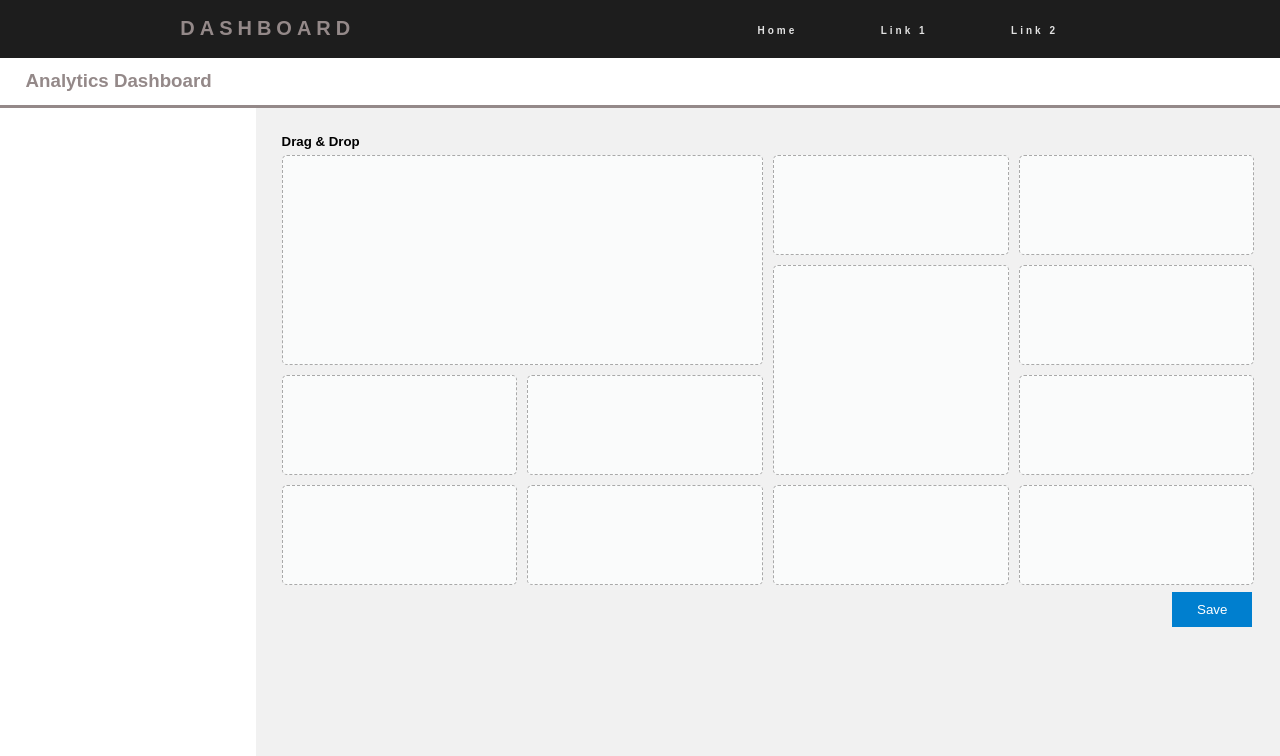
Repository: nourabdelhakam/drag-drop
Page: index.html
These files come from the project's save history. The page is drawn as it stood at one moment and after the next save; the edit follows.
The browser window is 1280 px wide. The pictures show the whole page.
Some web libraries are served in a nearby version.

Above is the page before, as saved 2020-07-05 17:41:06.
Console error: SyntaxError: Unexpected token '}'

### index.html
<!DOCTYPE html>
<html lang="en">
<head>
    <meta charset="UTF-8">
    <meta name="viewport" content="width=device-width, initial-scale=1.0">
    <meta http-equiv="X-UA-Compatible" content="ie=edge">
    <title>Drag & Drop</title>

    <script src="https://cdn.jsdelivr.net/npm/chart.js@2.8.0"></script>

    <link rel="stylesheet" href="nav/nav.css">
    <link rel="stylesheet" href="css/main.css">
</head>
<body>

    <!-- <nav> -->
        <nav>
            <div class="logo">
                <h4>Dashboard</h4>
            </div>
            <ul class="nav-links">
                <li><a href="">Home</a></li>
                <li><a href="">Link 1</a></li>
                <li><a href="">Link 2</a></li>
            </ul>
            <div class="burger">
                <div class="line1"></div>
                <div class="line2"></div>
                <div class="line3"></div>
            </div>
        </nav>
      <!-- </nav> end of nav -->

      <section>
          <h3>Analytics Dashboard</h3>
          <div class="container">
            <div class="left">
                <div class="list" id="chartList">

                </div>
              </div>
              <div class="right">
                  <h5>Drag & Drop</h5>
                  <div class="wrapper" id="wrapper">
                    <div class="list" id="spot-1"></div>
                    <div class="list" id="spot-2"></div>
                    <div class="list" id="spot-3"></div>
                    <div class="list" id="spot-4"></div>
                    <div class="list" id="spot-5"></div>
                    <div class="list" id="spot-6"></div>
                    <div class="list" id="spot-7"></div>
                    <div class="list" id="spot-8"></div>
                    <div class="list" id="spot-9"></div>
                    <div class="list" id="spot-10"></div>
                    <div class="list" id="spot-11"></div>
                    <div class="list" id="spot-12"></div>
                  </div>
                  <button class="btn" id="saveBtn">Save</button>
                  <button class="btn"  id="tempBtn"  style="display: none;">Template</button>
              </div>
              <div id="preview" class="wrapper">

              </div>
          </div>
      </section>

      <script  src="chartData.js"></script>
    <script src="main.js" type="text/javascript"></script>
    <script src="chart.js" type="text/javascript"></script>
    <script src="nav/nav.js" type="text/javascript"></script>
</body>
</html>

### nav/nav.css
nav {
    display: flex;
    justify-content: space-around;
    align-items: center;
    min-height: 8vh;
    background-color: #1D1D1D;
    font-family: "Poppins", sans-serif;
}
.logo {
    color: rgb(226, 226, 226);
    text-transform: uppercase;
    letter-spacing: 5px;
    font-size: 20px;
}
.nav-links {
    display: flex;
    justify-content: space-around;
    width: 30%;
}
.nav-links li {
    list-style: none;
}
.nav-links a {
    color: rgb(226, 226, 226);
    text-decoration: none;
    letter-spacing: 3px;
    font-weight: bold;
    font-size: 10px;
}
.burger {
    display: none;
    cursor: pointer;
}
.burger div {
    width: 25px;
    height: 3px;
    background-color: rgb(226, 226, 226);
    margin: 5px;
    transition: all 0.3s ease;
}


@media screen and (max-width:1024px) {
    .nav-links {
        width: 60%;
    }
}

@media screen and (max-width:768px) {

    body {
        overflow-x: hidden;
    }
    .nav-links {
        position: absolute;
        right: 0px;
        height: 92vh;
        top: 8vh;
        background-color: #1D1D1D;
        display: flex;
        flex-direction: column;
        align-items: center;
        width: 50%;
        transform: translatex(100%);
        transition: transform 0.5s ease-in;
    }
    .nav-links li {
        opacity: 0;
    }
    .burger {
        display: block;
    }
}

.nav-active {
    transform: translatex(0%);
}

@keyframes navLinkFade {
    from {
        opacity: 0;
        transform: translatex(50%);
    }
    to {
        opacity: 1;
        transform: translatex(0%);
    }
}

.toggle .line1 {
    transform: rotate(-45deg) translate(-5px, 6px);
}
.toggle .line2 {
    opacity: 0;
}
.toggle .line3 {
    transform: rotate(45deg) translate(-5px, -6px);
}

.landing {
    height: 90vh;
    display: flex;
    justify-content: center;
    align-items: center;
}
.landing h1 {
    margin: 100px;
    font-size: 50px;
    color: #ae5fce;
}

### css/main.css
* {
    margin: 0;
    padding: 0;
    box-sizing: border-box;
}
body {
    font-family: Arial, Helvetica, sans-serif;
}
h3, h4, a {
    color: rgb(148, 137, 137);
}
h3 {
    padding: 1% 2%;
}
h5 {
    margin-bottom: .5em;
}
.container {
    border-top: 3px solid rgb(148, 137, 137);
}
.left {
    width: 20%;
    height: 90vh;
    float: left;
    padding: 1%;
    overflow:hidden;
    overflow-y:scroll;
}
.right {
    width: 80%;
    height: 90vh;
    float: left;
    padding: 2%;
    background-color: #F1F1F1;
}

.list-item {
    /* background-color: #F3F3F3; */
    border-radius: 4px;
    border: 1px dashed darkgrey;
    padding: 5px 5px;
    text-align: center;
    margin: 5% 0;
    /* height: 100%;
    width: 100%; */
    cursor: pointer;
}
canvas {
    height: 100%;
    width: 100%;
}

.wrapper > div {
    border: 1px dashed darkgrey;
    border-radius: 5px;
    background-color: #FAFBFB;
    /* resize: both;
    overflow: auto; */
}
.wrapper {
  display: grid;
  grid-template-columns: repeat(4, 1fr);
  grid-auto-rows: 100px;
  grid-gap: 10px;
}
 .wrapper div:nth-child(2) {
   grid-column: 3;
   grid-row: 2 / 4;
}
 .wrapper div:nth-child(5) {
   grid-column: 1 / 3;
   grid-row: 1 / 3;
}
/* .plus-button {
	border: 2px solid lightgrey;
	background-color: #fff;
	font-size: 16px;
	height: 2.5em;
	width: 2.5em;
	border-radius: 999px;
    position: relative;

}

.plus-button:after,
.plus-button:before {
		content: "";
		display: block;
		background-color: grey;
		position: absolute;
		top: 50%;
		left: 50%;
        transform: translate(-50%, -50%);

	}

	.plus-button:before {
		height: 1em;
		width: 0.2em;
	}

	.plus-button:after {
		height: 0.2em;
		width: 1em;
	}


.plus-button--small {
	font-size: 12px;
} */
.btn {
    background-color: #007FCF;
    border: none;
    color: white;
    padding: 10px 25px;
    text-align: center;
    text-decoration: none;
    display: inline-block;
    margin: 7px 2px;
    cursor: pointer;
    float: right;

}

### chartData.js
 chartData={
    chart1 : {
        id: 1,
        data : [70, 30],
        colors : ['#C45C4B', '#7B4D6A'],
        labels : ['YES', 'NO'],
    },
    chart2 : {
        id: 2,
        labels : ['jul 1', 'jul 2', 'jul 3', 'jul 4', 'jul 5'],
        data : [170, 60.5, 130, 126.3, 90],
        colors : ['#E099AC', '#A4BCD3', '#DCD9DA', '#A4BCD4', '#92B6CB']
    }
}

exports = chartData

### main.js
const list_items = document.querySelectorAll(".list-item");
const lists = document.querySelectorAll(".list");

// //localStorage
var wrapper = document.getElementById('wrapper');
const saveBtn = document.getElementById("saveBtn");
const tempPreview = document.getElementById('tempPreview');
const tempBtn =  document.getElementById('tempBtn');
const previewDiv = document.getElementById('preview');
var dragged = null;
var templateList=[];
(function() {
	var temp = JSON.parse(localStorage.getItem('template'));
	if(temp!= null){
		templateList = temp;
	}

 })();
saveBtn.addEventListener("click", function () {
  var template = localStorage.getItem("template");
  console.log(template);

  if (template)
    var c = confirm("There is a saved template, Do you want to overwrite it?");


  if (c == true || !template) {

	let itemsArray = JSON.stringify(templateList);
	localStorage.setItem("template", itemsArray);
	tempBtn.style.display = "block"

	// tempPreview.innerHTML = wrapper;
  }
});



 tempBtn.addEventListener('click',function(){
	itemsArray = JSON.parse(localStorage.getItem('template'));
	previewDiv.innerHTML = itemsArray;
})

// tempPreview.addEventListener('click',function(){
// 	itemsArray = JSON.parse(localStorage.getItem('template'));
// 	 wrapper.innerHTML = itemsArray ;
// })

// const data = JSON.parse(localStorage.getItem('items'))
// //localStorage

let draggedItem = null;

for (let i = 0; i < list_items.length; i++) {
  const item = list_items[i];
  console.log(item.id);
  item.addEventListener("dragstart", function () {
    draggedItem = item;
    console.log(item.id);
	dragged = item.id;
    setTimeout(function () {
      item.style.display = "none";
    }, 0);
  });

  item.addEventListener("dragend", function () {
    setTimeout(function () {
      draggedItem.style.display = "block";
      draggedItem.style.padding = "0";
      draggedItem.style.margin = "0";
      draggedItem.style.height = "100%";
      draggedItem.style.width = "100%";
      draggedItem = null;
    }, 0);
  });

  for (let j = 0; j < lists.length; j++) {
    const list = lists[j];

    list.addEventListener("dragover", function (e) {
      e.preventDefault();
    });

    list.addEventListener("dragenter", function (e) {
      e.preventDefault();
      this.style.backgroundColor = "#FFFFFF";
    });

    list.addEventListener("dragleave", function (e) {
	  this.style.backgroundColor = "#F9FDFF";
	  console.log(e.target.id	);

    });

    list.addEventListener("drop", function (e) {
      console.log("drop");
	  console.log(e.toElement.id);
	  console.log(templateList.includes([dragged=>e.toElement.id]));
	  i = {
		  id:dragged,
		  pos:e.toElement.id
	  }
	  var result = templateList.filter(obj => {
		return obj.id === dragged
	  })
	  console.log(result);

	  if (result.length == 0){

		  templateList.push(i);
		}
      this.append(draggedItem);
	  this.style.backgroundColor = "#FFFFFF";
    });
  }
}

### chart.js
let data1 = [70, 30];
let colors1 = ['#C45C4B', '#7B4D6A']
let labels1 = ['YES', 'NO'];

// let myChart1 = document.getElementById("myChart").getContext('2d');
let chartWrapper = document.getElementById('chartList');
console.log(chartWrapper);

console.log(chartData);

    for (var chart in chartData) {
        const element = array[index];

    }
      var  html = `<canvas  draggable="true"  class="list-item myChart" id="chart-${chart.id}"></canvas>`;

      chartWrapper.append(html);
      var  el = document.getElementById('chart-'+chart.id).getContext('2d');
         new Chart(el, {
            type: 'doughnut',
            data: {
                labels: chart.labels,
                datasets: [ {
                    data: chart.data,
                    backgroundColor: chart.colors
                }]
            },
            options: {
                title: {
                    Text: "Do you like doughnuts?",
                    display: true,

                }
            }
        });
    });


// let labels2 = ['jul 1', 'jul 2', 'jul 3', 'jul 4', 'jul 5'];
// let data2 = [170, 60.5, 130, 126.3, 90];
// let colors2 = ['#E099AC', '#A4BCD3', '#DCD9DA', '#A4BCD4', '#92B6CB']

// let myChart2 = document.getElementById("myChart2").getContext('2d');

// let chart2 = new Chart(myChart2, {
//     type: 'bar',
//     data: {
//         labels: labels2,
//         datasets: [ {
//             data: data2,
//             backgroundColor: colors2,

//         }]
//     },
//     options: {
//         title: {
//             Text: "Do you like doughnuts?",
//             display: true
//         },
//         legend: {
//             display: false
//         }
//     }
// });

// let labels3 = ['Running', 'Cycling', 'Sleeping', 'Designing', 'Drinking'];

// let myChart3 = document.getElementById("myChart3").getContext('2d');

// let chart3 = new Chart(myChart3, {
//     type: 'radar',
//     data: {
//         labels: labels3,
//         datasets: [
//             {
//                 label: 'champ 1',
//                 fill: true,
//                 backgroundColor: "rgba(179, 181, 198, 0,2)",
//                 borderColor: "rgba(179, 181, 198, 1)",
//                 pointBorderColor: "#fff",
//                 pointBackgroundColor: "rgba(179, 181, 198, 1)",
//                 data: [50, 12, 55, 7, 29]
//             },
//             {
//                 label: 'champ 2',
//                 fill: true,
//                 backgroundColor: "rgba(355, 99, 132, 0,2)",
//                 borderColor: "rgba(355, 99, 132, 1)",
//                 pointBorderColor: "#fff",
//                 pointBackgroundColor: "rgba(355, 99, 132, 1)",
//                 data: [33, 14, 58, 9, 99]
//             },
//         ]
//     },
//     options: {
//         title: {
//             Text: "Skills",
//             display: true
//         }
//     }
// });

// // let labels4 = ['Germany', 'France', 'UK', 'Italy', 'spain', 'others(23)'];
// // let data4 = [50, 20, 30, 83, 77, 88];
// // let colors4 = ['#F59F3A', '#E74C9A', '#C22BA7', '#05C4ED', '#7e4a35', '#dbceb0']

// // let myChart4 = document.getElementById("myChart4").getContext('2d');

// // let chart4 = new Chart(myChart4, {
// //     type: 'pie',
// //     data: {
// //         labels: labels4,
// //         datasets: [ {
// //             data: data4,
// //             backgroundColor: colors4,
// //         }]
// //     },
// //     options: {
// //         title: {
// //             Text: "Population of the European Union",
// //             display: true
// //         }
// //     }
// // });

// '#E099AC', '#A4BCD3', '#DCD9DA', '#A4BCD4', '#92B6CB'
// let labels4 = ['jan', 'feb', 'mar', 'apr', 'may', 'jun'];

// let myChart4 = document.getElementById("myChart4").getContext('2d');
// let chart4 = new Chart(myChart4, {
//     type: 'line',
//     data: {
//         labels: labels4,
//         datasets: [
//             {
//                 label: "My First dataset",
//                 fillColor: "rgba(220,220,220,0.2)",
//                 strokeColor: "#C45C4B",
//                 pointColor: "#C45C4B",
//                 pointStrokeColor: "#C45C4B",
//                 pointHighlightFill: "#C45C4Bss",
//                 pointHighlightStroke: "rgba(220,220,220,1)",
//                 data: [65, 59, 80, 81, 16, 55, 40]
//             },
//             {
//                 label: "My Second dataset",
//                 fillColor: "rgba(151,187,205,0.2)",
//                 strokeColor: "rgba(151,187,205,1)",
//                 pointColor: "#EA8971",
//                 pointStrokeColor: "#fff",
//                 pointHighlightFill: "#fff",
//                 pointHighlightStroke: "rgba(151,187,205,1)",
//                 data: [28, 48, 40, 19, 86, 27, 90]
//             }
//         ]
//     },
//     options: {
//         scales: {
//             yAxes: [{
//                 stacked: true
//             }]
//         }
//     }
// });
// let myChart5 = document.getElementById("myChart5").getContext('2d');
// let chart5 = new Chart(myChart5,
//  {
//     type: 'bar',
//     data: {
//         datasets: [{
//             label: 'Bar Dataset',
//             data: [10, 20, 30, 40],
//             // this dataset is drawn below
//             order: 1
//         }, {
//             label: 'Line Dataset',
//             data: [10, 10, 10, 10],
//             type: 'line',
//             // this dataset is drawn on top
//             order: 2
//         }],
//         labels: ['January', 'February', 'March', 'April']
//     },

// });

### nav/nav.js
const navSlide = () => {
    const burger = document.querySelector('.burger');
    const nav = document.querySelector('.nav-links');
    const navLinks = document.querySelectorAll('.nav-links li');


    burger.addEventListener('click', () => {

        //Toggle Nav
        nav.classList.toggle('nav-active');

        //Animate Links
        navLinks.forEach((link, index) => {

            if (link.style.animation) {
                link.style.animation = '';
            } else {
                link.style.animation = `navLinkFade 0.5s ease forwards ${index / 7 + 0.3}s`;
            }

        });

        //Burger Animation
        burger.classList.toggle('toggle');
    });

}

navSlide();

After the next save:
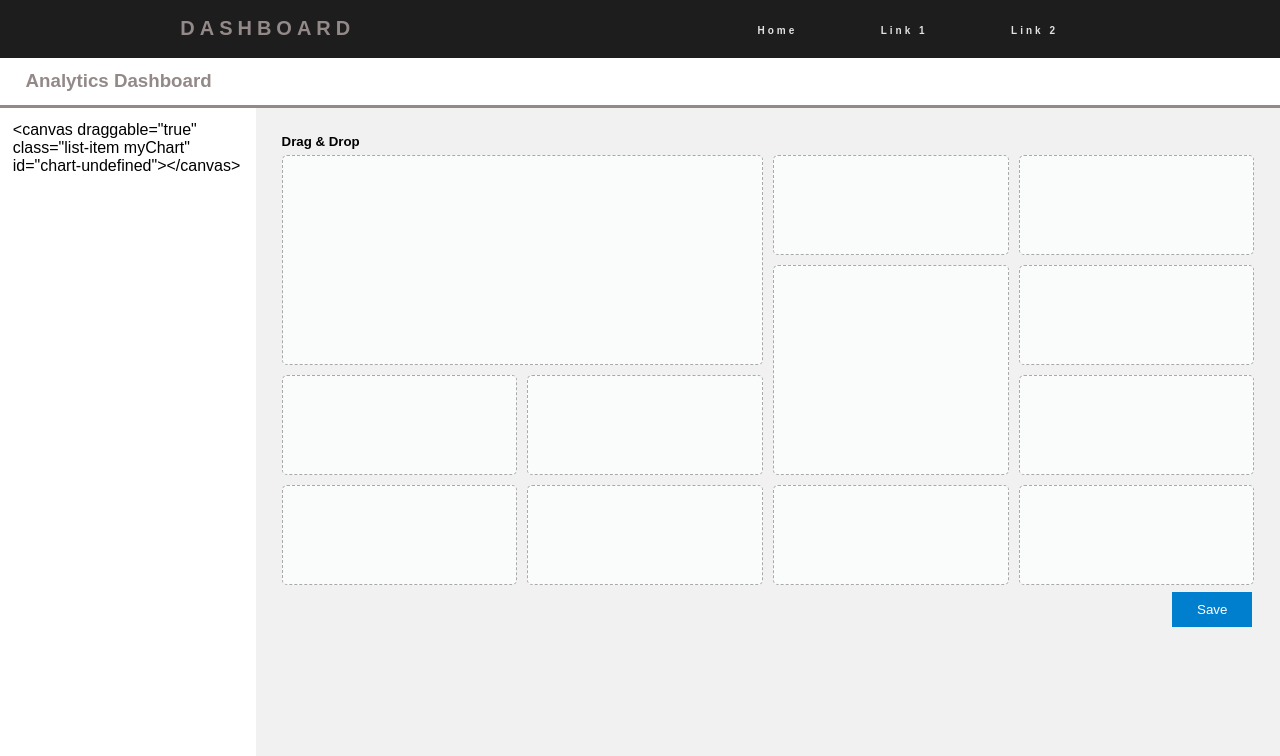
Console error: TypeError: Cannot read properties of null (reading 'getContext')
Saved 19 s later.
--- a/chart.js
+++ b/chart.js
@@ -9,31 +9,30 @@ console.log(chartWrapper);
 console.log(chartData);
 
     for (var chart in chartData) {
-        const element = array[index];
+        var  html = `<canvas  draggable="true"  class="list-item myChart" id="chart-${chart.id}"></canvas>`;
 
-    }
-      var  html = `<canvas  draggable="true"  class="list-item myChart" id="chart-${chart.id}"></canvas>`;
+        chartWrapper.append(html);
+        var  el = document.getElementById('chart-'+chart.id).getContext('2d');
+           new Chart(el, {
+              type: 'doughnut',
+              data: {
+                  labels: chart.labels,
+                  datasets: [ {
+                      data: chart.data,
+                      backgroundColor: chart.colors
+                  }]
+              },
+              options: {
+                  title: {
+                      Text: "Do you like doughnuts?",
+                      display: true,
 
-      chartWrapper.append(html);
-      var  el = document.getElementById('chart-'+chart.id).getContext('2d');
-         new Chart(el, {
-            type: 'doughnut',
-            data: {
-                labels: chart.labels,
-                datasets: [ {
-                    data: chart.data,
-                    backgroundColor: chart.colors
-                }]
-            },
-            options: {
-                title: {
-                    Text: "Do you like doughnuts?",
-                    display: true,
+                  }
+              }
+          });
+      }
 
-                }
-            }
-        });
-    });
+
 
 
 // let labels2 = ['jul 1', 'jul 2', 'jul 3', 'jul 4', 'jul 5'];
